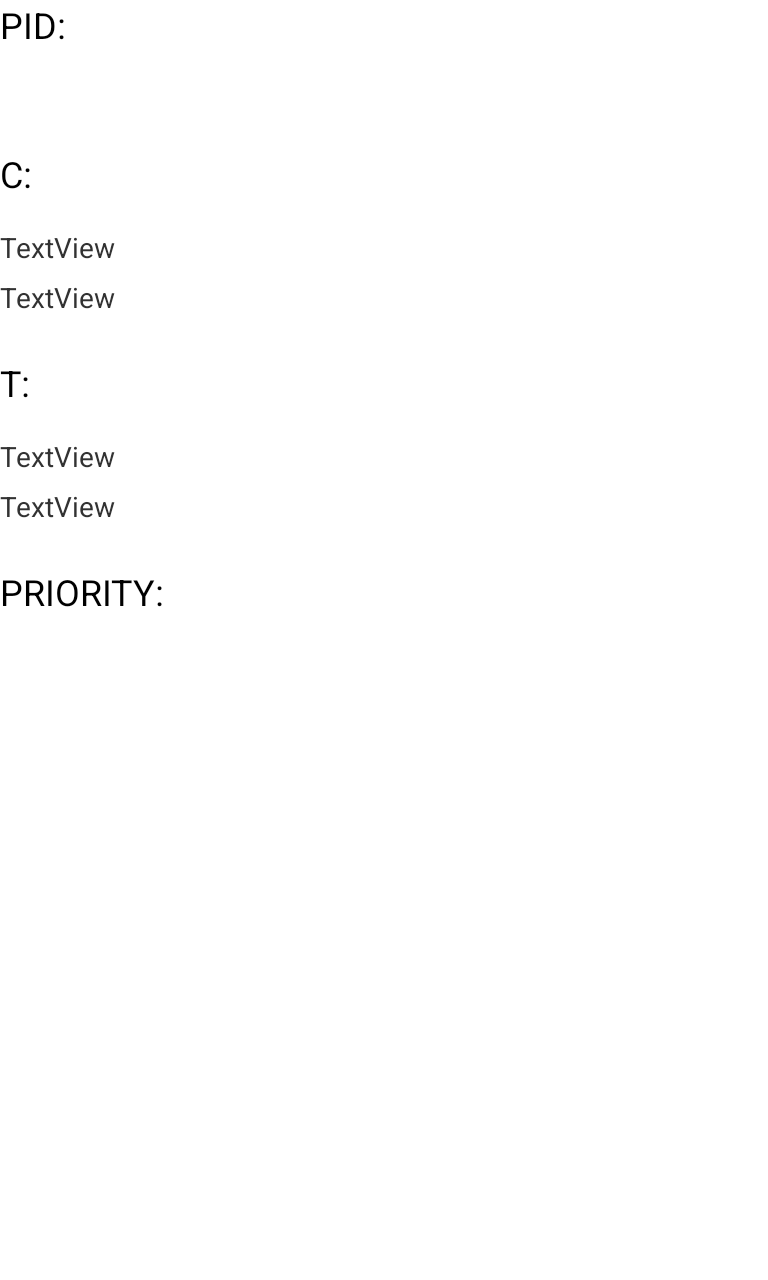
Repository: ankitC/taskmon
Layout: taskmon/res/layout/activity_set_reserve.xml
These files come from the project's save history. The layout is drawn as it stood at one moment and after the next save; the edit follows.
It is drawn on a 768 x 1280 px phone screen (xhdpi) without system bars, with theme AppTheme; the app's code is not run.

Above is the layout before, as saved 2013-10-07 02:17:37.

After the next save:
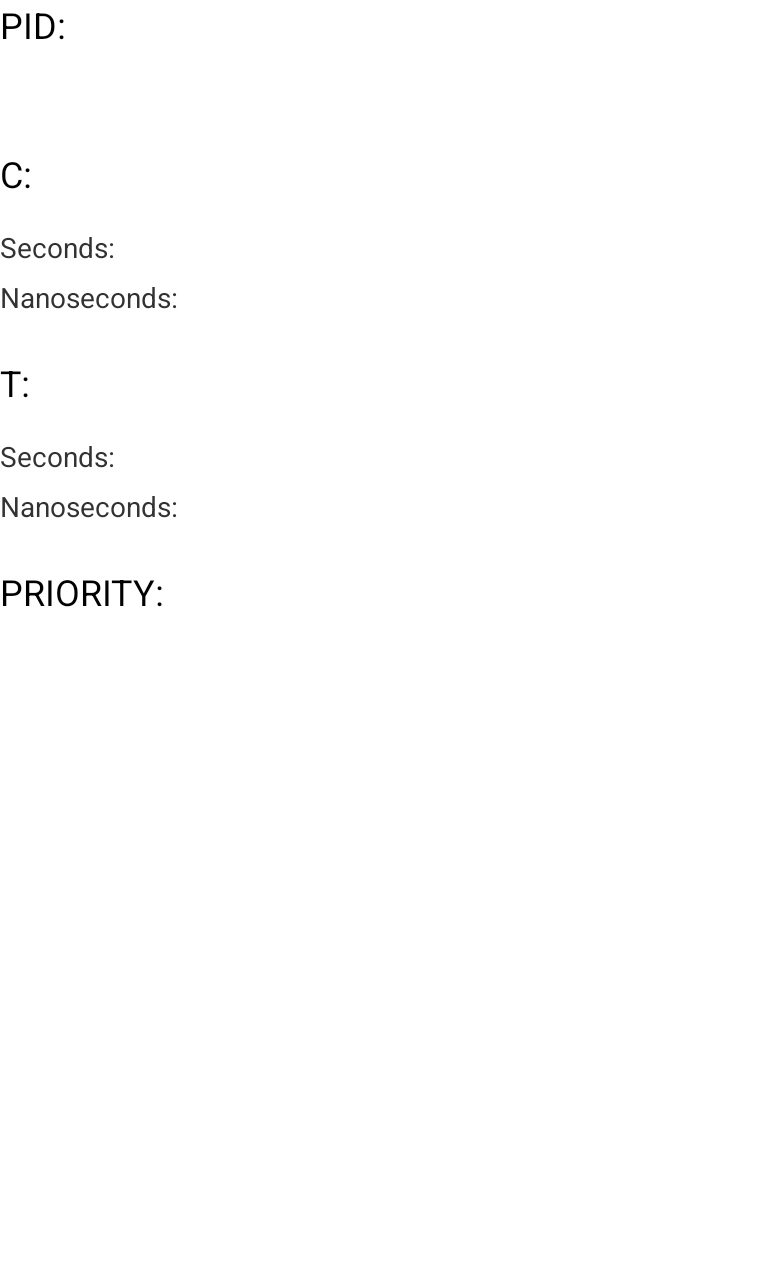
Saved 14 s later.
--- a/taskmon/res/layout/activity_set_reserve.xml
+++ b/taskmon/res/layout/activity_set_reserve.xml
@@ -48,7 +48,7 @@
         android:layout_alignParentLeft="true"
         android:layout_below="@+id/textView2"
         android:layout_marginTop="15dp"
-        android:text="TextView" />
+        android:text="@string/seconds" />
 
     <TextView
         android:id="@+id/textView5"
@@ -57,7 +57,7 @@
         android:layout_alignParentLeft="true"
         android:layout_below="@+id/textView2"
         android:layout_marginTop="40dp"
-        android:text="TextView" />
+        android:text="@string/nanoSeconds" />
 
     <TextView
         android:id="@+id/textView5"
@@ -66,7 +66,7 @@
         android:layout_alignParentLeft="true"
         android:layout_below="@+id/textView3"
         android:layout_marginTop="15dp"
-        android:text="TextView" />
+        android:text="@string/seconds" />
 
     <TextView
         android:id="@+id/textView5"
@@ -75,6 +75,6 @@
         android:layout_alignParentLeft="true"
         android:layout_below="@+id/textView3"
         android:layout_marginTop="40dp"
-        android:text="TextView" />
+        android:text="@string/nanoSeconds" />
 
 </RelativeLayout>
